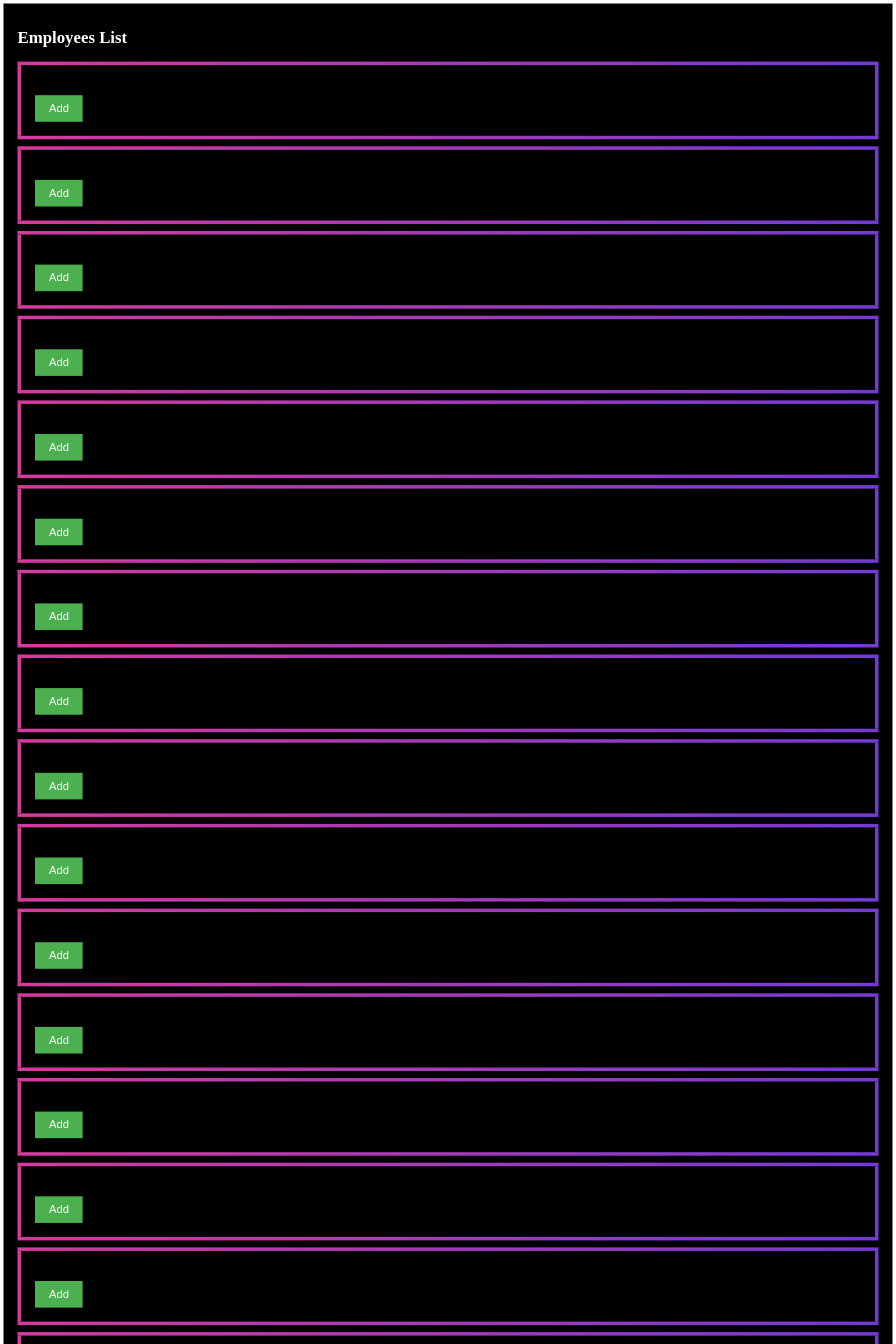
Repository: sriram1224/Teams-list
Page: /
These files come from the project's save history. The page is drawn as it stood at one moment and after the next save; the edit follows.
The browser window is 1280 px wide. The pictures show the part of the page from y = 0 to 1920 px (the page is 3014 px tall before and 2954 px after), at 70% of full size.
The project was rebuilt for these pictures with package versions that can differ from the ones it lists, and the page was loaded fresh each time.

Above is the page before, as saved 2024-03-26 21:55:45.

### src/index.css
body {
  margin: 0;
 background-color: black;
 color : white;
}

code {
  font-family: source-code-pro, Menlo, Monaco, Consolas, 'Courier New',
    monospace;
}

### src/App.js
import Main from "./main";
import React from 'react';

function App() {
  return (
    <div >
      <Main />
    </div>
  );
}

export default App;

### src/main.jsx
import React, { useReducer } from 'react';
import EmployeesList from './EmloyeesList';
import TotalEmployees from './TotalEmployees';

const employees = [
  {"id":1,"first_name":"Jaymee","last_name":"Imm","email":"jimm0@craigslist.org","gender":"Genderqueer","age":80},
{"id":2,"first_name":"Jody","last_name":"Themann","email":"jthemann1@skyrock.com","gender":"Agender","age":29},
{"id":3,"first_name":"Cece","last_name":"Carlet","email":"ccarlet2@jalbum.net","gender":"Male","age":69},
{"id":4,"first_name":"Elton","last_name":"Allinson","email":"eallinson3@jugem.jp","gender":"Male","age":31},
{"id":5,"first_name":"Garvy","last_name":"Shaddick","email":"gshaddick4@rediff.com","gender":"Male","age":32},
{"id":6,"first_name":"Fin","last_name":"Realy","email":"frealy5@unc.edu","gender":"Male","age":26},
{"id":7,"first_name":"Minnaminnie","last_name":"Fransseni","email":"mfransseni6@aboutads.info","gender":"Agender","age":52},
{"id":8,"first_name":"Fernando","last_name":"Pagon","email":"fpagon7@blogs.com","gender":"Male","age":40},
{"id":9,"first_name":"Tiphanie","last_name":"Fenny","email":"tfenny8@sakura.ne.jp","gender":"Female","age":52},
{"id":10,"first_name":"Nerti","last_name":"Try","email":"ntry9@shareasale.com","gender":"Female","age":43},
{"id":11,"first_name":"Abagael","last_name":"Beadell","email":"abeadella@unc.edu","gender":"Female","age":76},
{"id":12,"first_name":"Morten","last_name":"McNamee","email":"mmcnameeb@sun.com","gender":"Male","age":38},
{"id":13,"first_name":"Domenico","last_name":"Shearman","email":"dshearmanc@seesaa.net","gender":"Male","age":66},
{"id":14,"first_name":"Rodolphe","last_name":"Bittlestone","email":"rbittlestoned@51.la","gender":"Male","age":33},
{"id":15,"first_name":"Merv","last_name":"Watterson","email":"mwattersone@storify.com","gender":"Male","age":37},
{"id":16,"first_name":"Betty","last_name":"Simm","email":"bsimmf@engadget.com","gender":"Female","age":26},
{"id":17,"first_name":"Rafaellle","last_name":"Brighouse","email":"rbrighouseg@vinaora.com","gender":"Male","age":43},
{"id":18,"first_name":"Sibby","last_name":"Meanwell","email":"smeanwellh@independent.co.uk","gender":"Female","age":66},
{"id":19,"first_name":"Ricky","last_name":"Sissland","email":"rsisslandi@google.it","gender":"Male","age":76},
{"id":20,"first_name":"Sauveur","last_name":"Hessenthaler","email":"shessenthalerj@ocn.ne.jp","gender":"Male","age":48},
{"id":21,"first_name":"Carmela","last_name":"Bucksey","email":"cbuckseyk@acquirethisname.com","gender":"Female","age":22},
{"id":22,"first_name":"Nydia","last_name":"Folke","email":"nfolkel@disqus.com","gender":"Female","age":68},
{"id":23,"first_name":"Asia","last_name":"Boake","email":"aboakem@1und1.de","gender":"Female","age":39}
];
  // Your employee data goes here

function Main() {
  const [state, dispatch] = useReducer(reducer, { employees: employees, team: [] });

  function reducer(state, action) {
    switch(action.type) {
      case 'ADD':
        return {
          ...state,
          employees: state.employees.map(emp => emp.id === action.payload.id ? { ...emp, added: true } : emp),
          team: [...state.team, action.payload]
        };
      case 'DELETE':
        return {
          ...state,
          employees: state.employees.map(emp => emp.id === action.payload.id ? { ...emp, added: false } : emp),
          team: state.team.filter(emp => emp.id !== action.payload.id)
        };
      case 'Calculate_Average':
        const totalAge = state.team.reduce((acc, emp) => acc + emp.age, 0);
        const averageAge = totalAge / state.team.length || 0;
        return {
          ...state,
          averageAge
        };
      case 'sort':
        return {
          ...state,
          team: state.team.sort((a, b) => a.age - b.age),
        };
      default:
        return state;
    }
  }

  return (
    <div>
      <EmployeesList employees={state.employees} dispatch={dispatch} />
      <TotalEmployees team={state.team} dispatch={dispatch} />
    </div>
  );
}

export default Main;

### src/EmloyeesList.jsx
import React from 'react'
import './list.css';

const EmployeesList = ({ employees, dispatch }) => {
    return (
        <div className="employees-list">
            <h1 className="header">Employees List</h1>
            {employees && employees.map(emp => (
                <div key={emp.id} className="employee-item">
                    <span className={emp.added ? "gray-text" : "black-text"}>
                        <p className="employee-info">{emp.first_name} {emp.last_name} - { emp.age} years</p>
                    </span>
                    {!emp.added && (
                        <button className="add-button" onClick={() => dispatch({ type: 'ADD', payload: emp })}>Add</button>
                    )}
                </div>
            ))}
        </div>
    );
}
export default EmployeesList;

### src/TotalEmployees.jsx
import React from "react";


const TotalEmployees = ({ team, dispatch }) => {
    const averageAge = team.reduce((total, emp) => total + emp.age, 0) / team.length;

    return (
        <div className="total-employees">
            <h1 className="header">Total Team Members</h1>
            {team && team.map(emp => (
                <div key={emp.id} className="employee-list">
                    <span className="employee-info">
                        <p>{emp.first_name} {emp.last_name} - {emp.age} years</p>
                    </span>
                    {!emp.added && (
                        <button className="remove-button" onClick={() => dispatch({ type: 'DELETE', payload: emp })}>Remove</button>
                    )}
                </div>
            ))}
            <p className="average-age">Average Age: {team.length > 0 ? averageAge : 0}</p>
            <button className="average-button" onClick={() => dispatch({ type: "Calculate_Average" })}>
                Calculate Average Age
            </button>
            <button className="sort-button" onClick={() => dispatch({ type: "sort" })}>
                SORT BY AGE
            </button>
        </div>
    );
}

export default TotalEmployees;

### src/list.css
.employees-list {
    padding: 20px;
    border: 10px solid;
    border-image-slice: 1;
    border-width: 5px;
}

.header {
    font-size: 24px;
    margin-bottom: 20px;
}

.employee-item {
    margin-bottom: 10px;
    padding: 20px;
        border: 10px solid;
        border-image-slice: 1;
        border-width: 5px;
}

.employee-info {
    margin: 0;
}

.add-button {
    background-color: #4CAF50;
    /* Green */
    border: none;
    color: white;
    padding: 10px 20px;
    text-align: center;
    text-decoration: none;
    display: inline-block;
    font-size: 16px;
    margin-top: 5px;
    cursor: pointer;
}

.gray-text {
    color: gray;
}

.black-text {
    color: black;
}



.employee-item {
    border-image-source: linear-gradient(to left, #743ad5, #d53a9d);
}

Loaded but not shown: public/index.html (common file); src/index.js (common file); src/reportWebVitals.js (common file)

After the next save:
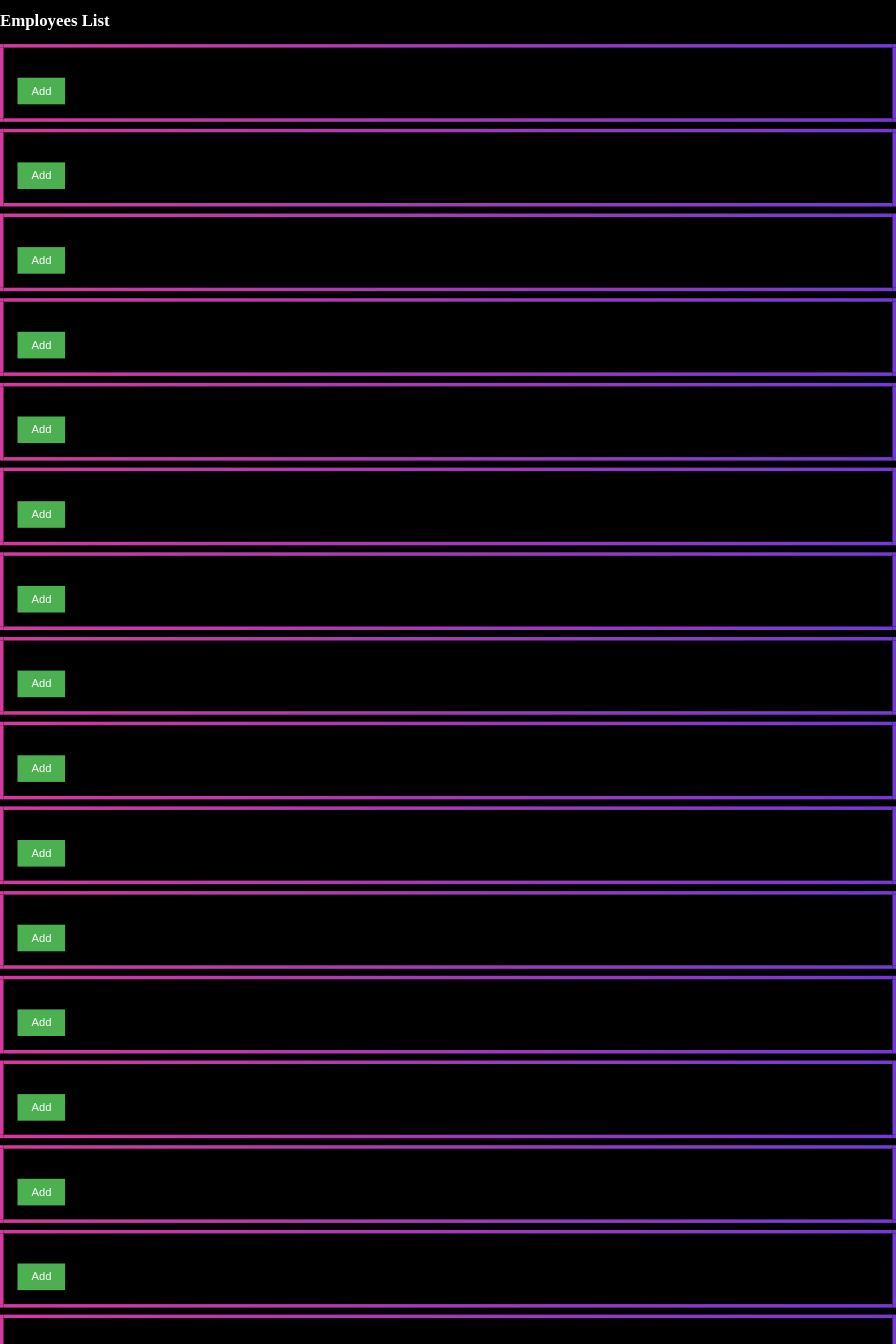
Saved 13 s later.
--- a/src/list.css
+++ b/src/list.css
@@ -1,8 +1,5 @@
 .employees-list {
-    padding: 20px;
-    border: 10px solid;
-    border-image-slice: 1;
-    border-width: 5px;
+
 }
 
 .header {

After the save that followed:
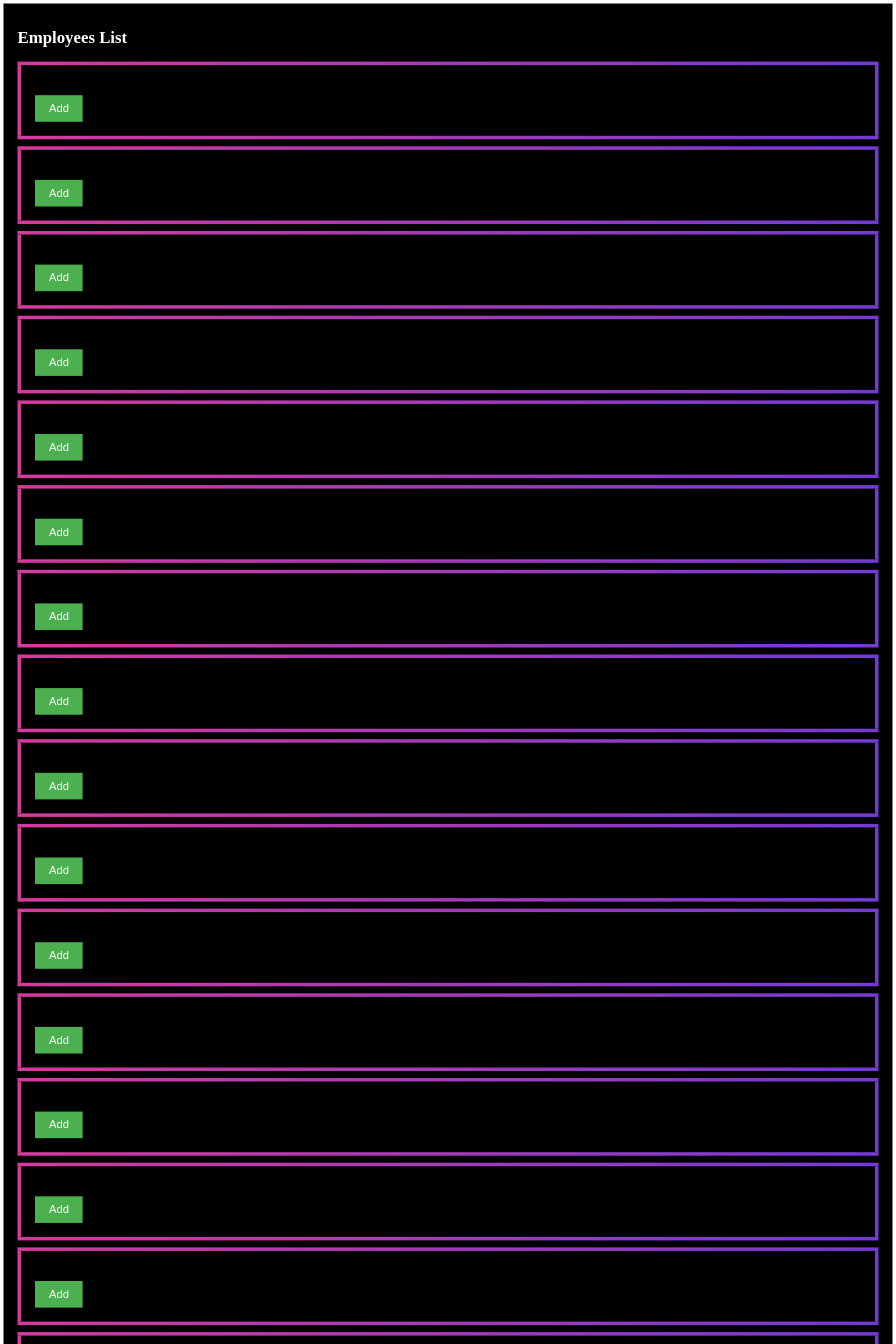
Saved 5 s later.
--- a/src/list.css
+++ b/src/list.css
@@ -1,5 +1,8 @@
 .employees-list {
-
+    padding: 20px;
+    border: 10px solid;
+    border-image-slice: 1;
+    border-width: 5px;
 }
 
 .header {
